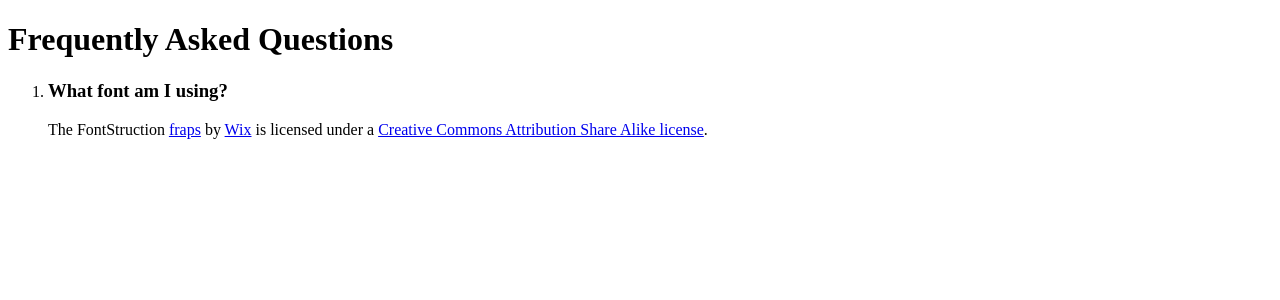
Repository: aliendetonator/fake-fraps-counter
Page: faq.html
These files come from the project's save history. The page is drawn as it stood at one moment and after the next save; the edit follows.
The browser window is 1280 px wide. The pictures show the whole page.

Above is the page before, as saved 2023-08-31 04:14:00.

After the next save:
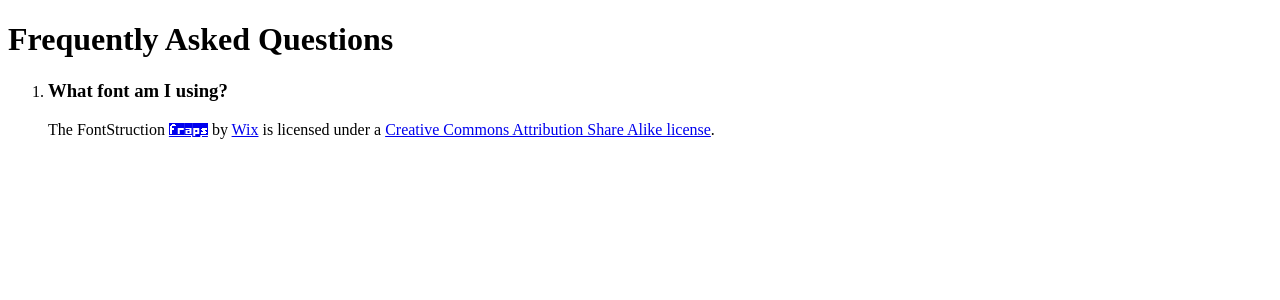
Saved 12 s later.
--- a/faq.html
+++ b/faq.html
@@ -12,7 +12,8 @@
         <li>
             <h3>What font am I using?</h3>
             <p>The FontStruction <a
-            href="https://fontstruct.com/fontstructions/show/419816)">fraps</a>
+            href="https://fontstruct.com/fontstructions/show/419816)"
+            style="font-family: Fraps;">fraps</a>
             by <a href="https://fontstruct.com/fontstructors/341954/vladislav_sergeevich">Wix</a> is licensed under a
                 <a href="http://creativecommons.org/licenses/by-sa/3.0/">Creative Commons Attribution Share Alike license</a>.</p>
         </li>
